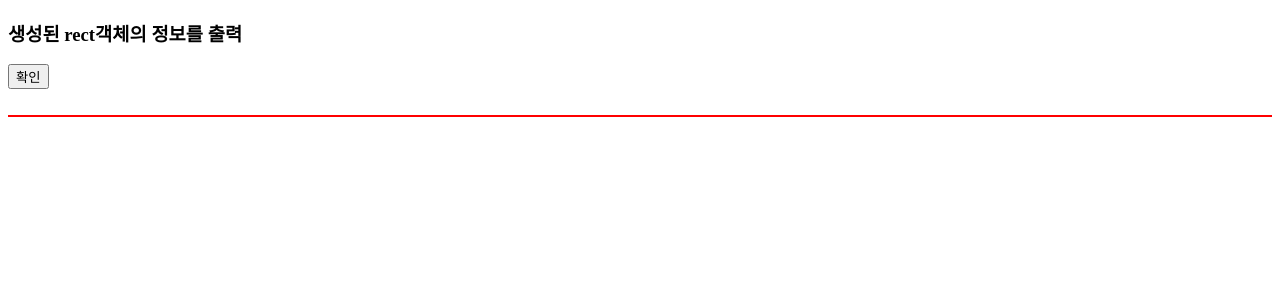
Repository: solsol7/ddit-html
Page: webpro/WebContent/0707/객체생성자.html
The author's editor kept a copy of each file at every save. The page is drawn from the files as they stood at one save, then again after the next save.
The browser window is 1280 px wide. The pictures show the whole page.
After loading, the first visible `input` was clicked once.

Above is the page before, as saved 2023-07-07 06:03:11.
Console error: TypeError: Cannot set properties of null (setting 'innerHTML')

After the next save:
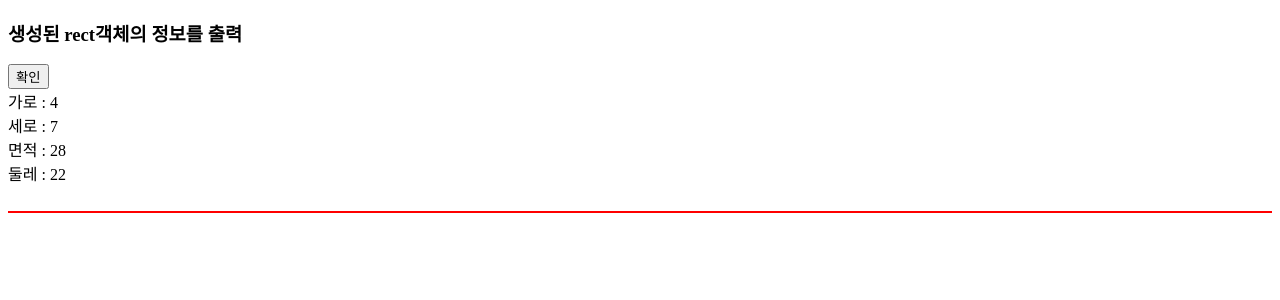
The error is gone.
Saved 42 s later.
--- a/webpro/WebContent/0707/객체생성자.html
+++ b/webpro/WebContent/0707/객체생성자.html
@@ -22,13 +22,13 @@ function proc1(){
 	rect = new Rect(4,7);
 
 	//메소드추가
-	rectPrint('#result');
+	rectPrint('#result1');
 
 	rect2 = new Rect(7,9);
 }
 
 function rectPrint(result){
-	str="";
+
 	str = `가로 : ${rect.width} <br>`;
 	str += ` 세로 : ${rect.height} <br>`;
 	str += `면적  : ${rect.getArea()} <br>`;
